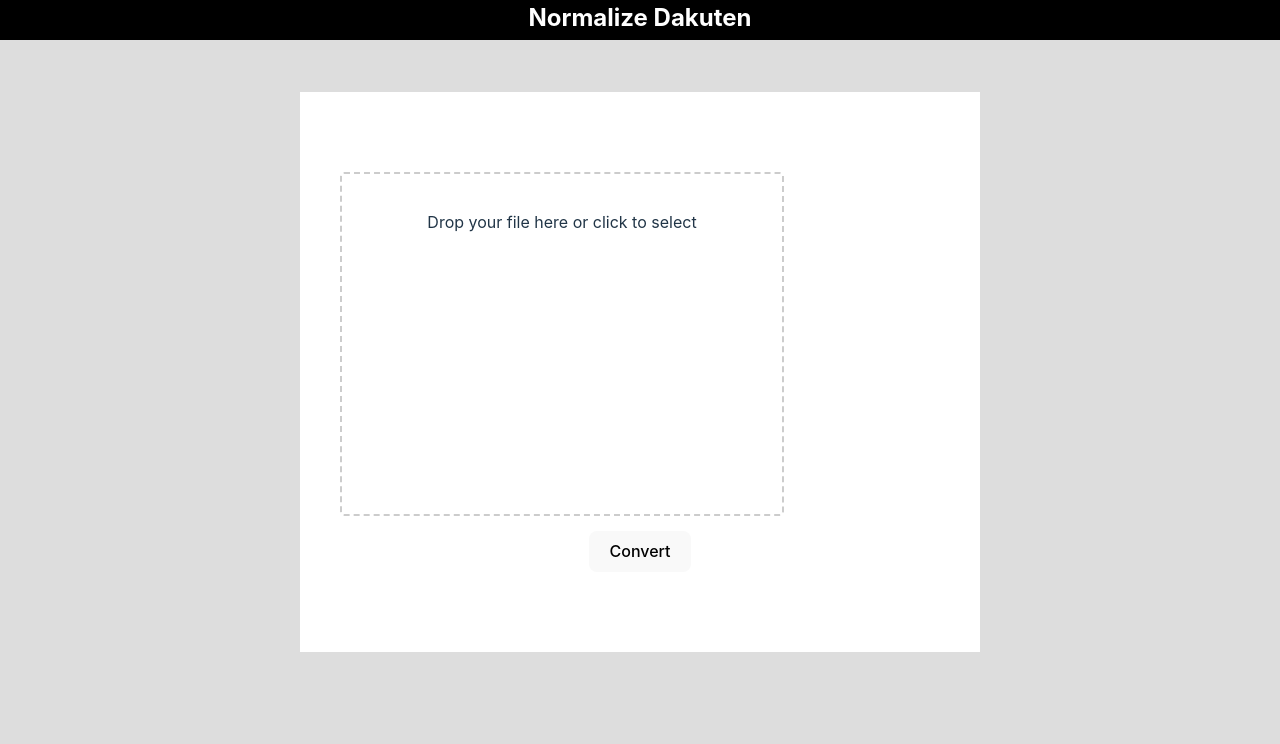
Repository: CatHandsService/normalize_dakuten
Page: / (app in front/)
An editor plug-in stored every save of this project. The page is shown before and after the next save, followed by the edit.
The browser window is 1280 px wide. The pictures show the whole page.
The project was rebuilt for these pictures with package versions that can differ from the ones it lists, and the page was loaded fresh each time. Also part of the build but not shown: front/vite.config.ts.

Above is the page before, as saved 2024-01-27 16:19:08.

After the next save:
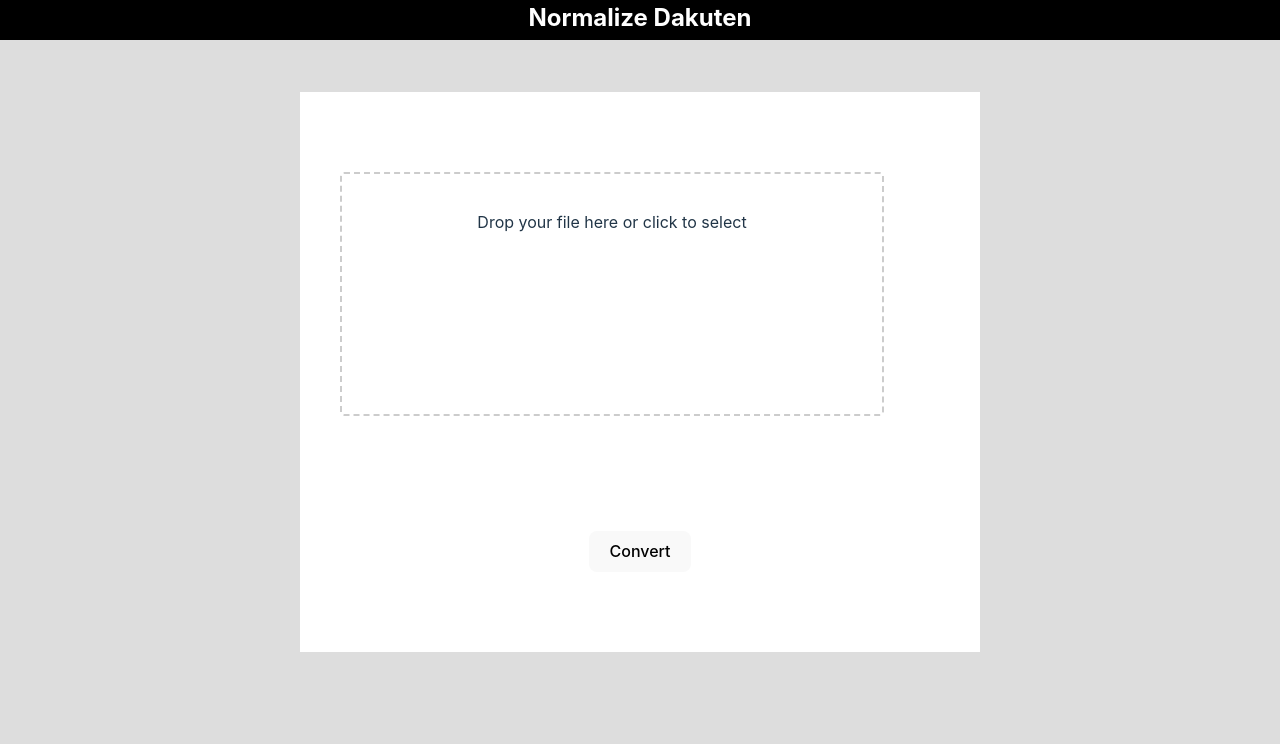
Saved 8 s later.
--- a/front/src/components/ImportFile.tsx
+++ b/front/src/components/ImportFile.tsx
@@ -52,8 +52,8 @@ export const ImportFile = () => {
 };
 
 const dropzoneStyles: React.CSSProperties = {
-  width: '400px',
-  height: '300px',
+  width: '500px',
+  height: '200px',
   border: '2px dashed #cccccc',
   borderRadius: '4px',
   padding: '20px',
